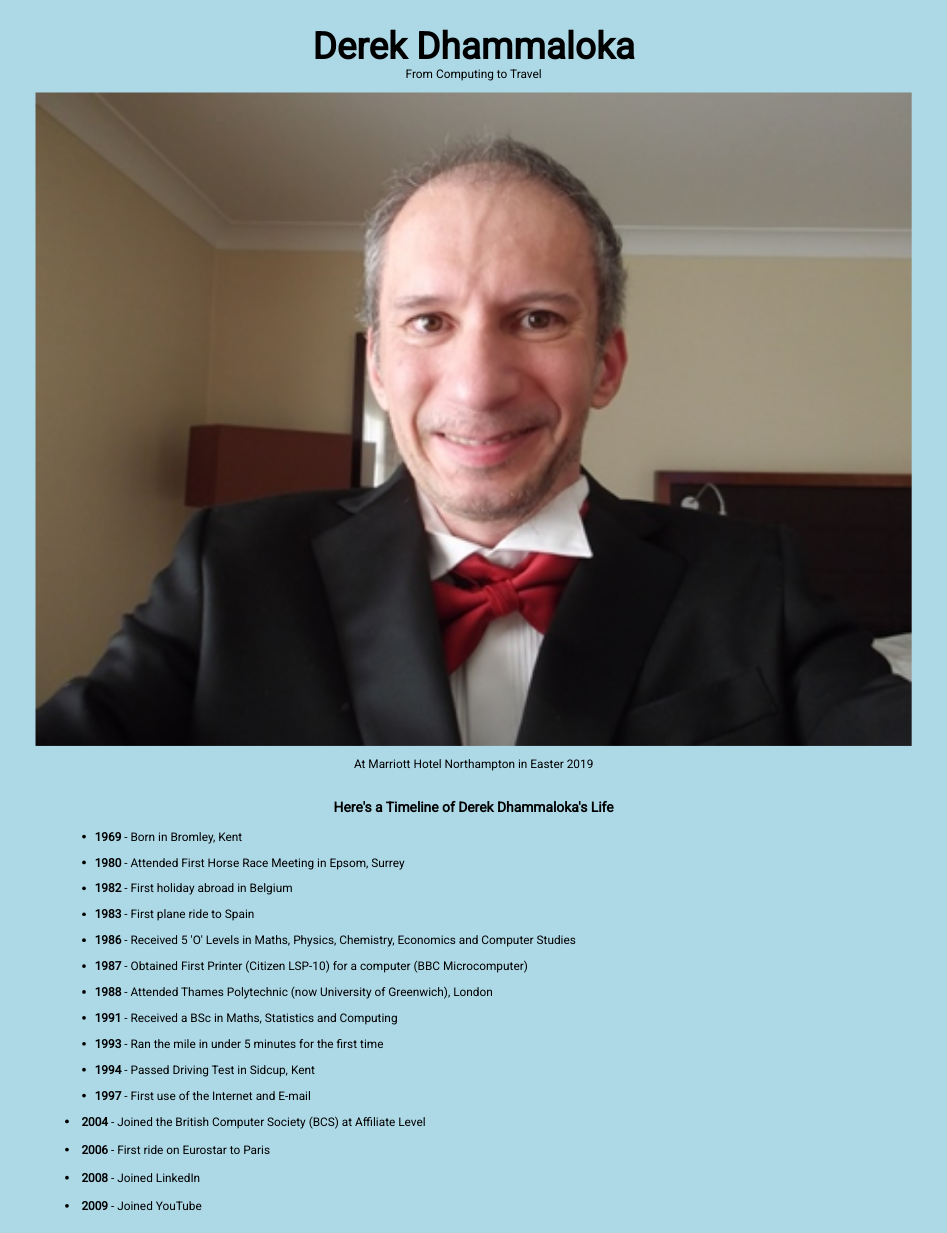
Repository: derektypist/tribute-page
Page: index.html
The author's editor kept a record of every edit. The page is drawn from the files as they stood at one moment, then again after the next edit.
The browser window is 1280 px wide. The pictures show the whole page, at 74% of full size.

Above is the page before.

After the next edit:
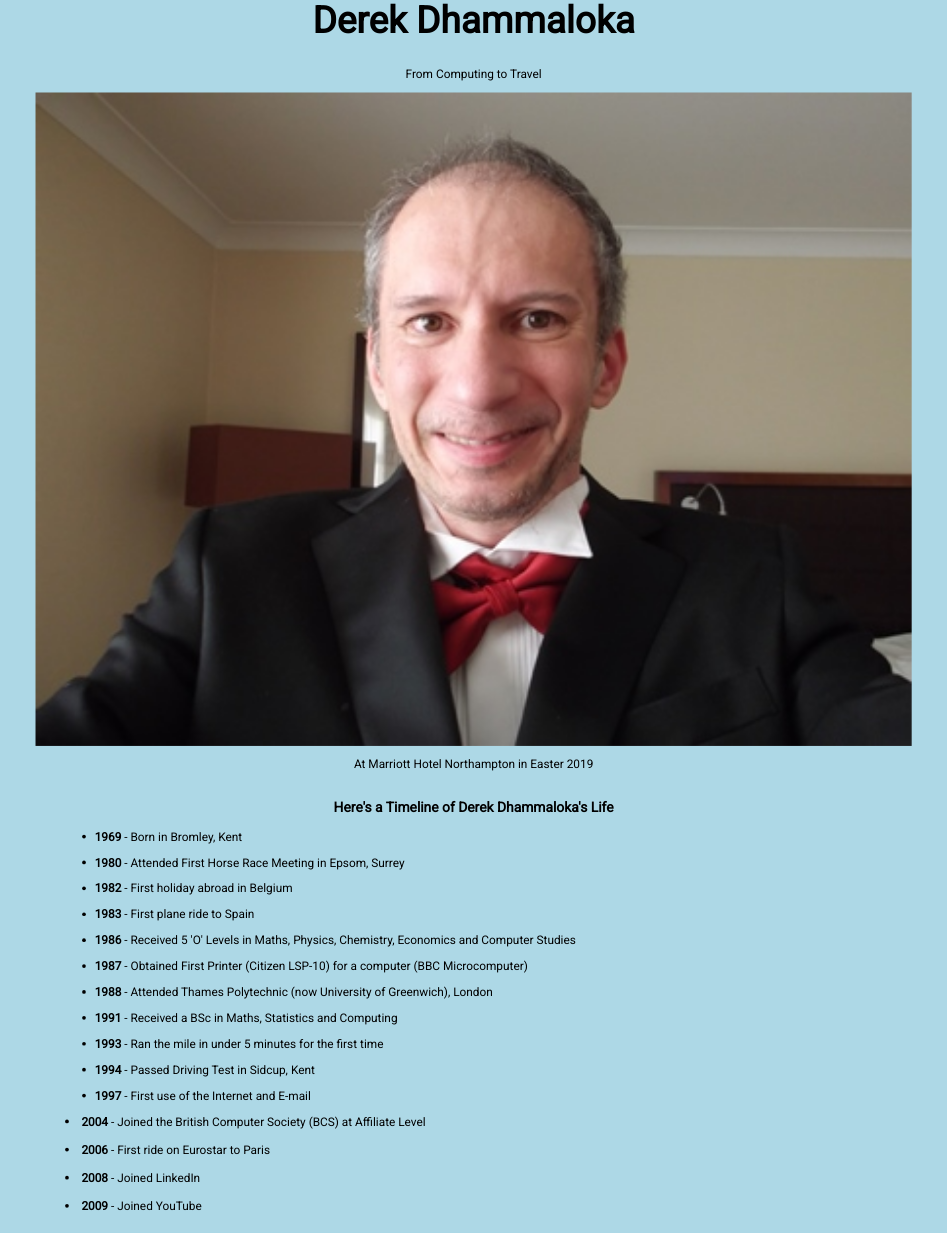
The edit:
--- a/index.html
+++ b/index.html
@@ -24,7 +24,8 @@
         #title {
             font-weight: 700;
             font-size: 50px;
-            text-align: center;
+            position: relative;
+            bottom: 35px;
         }
 
 
